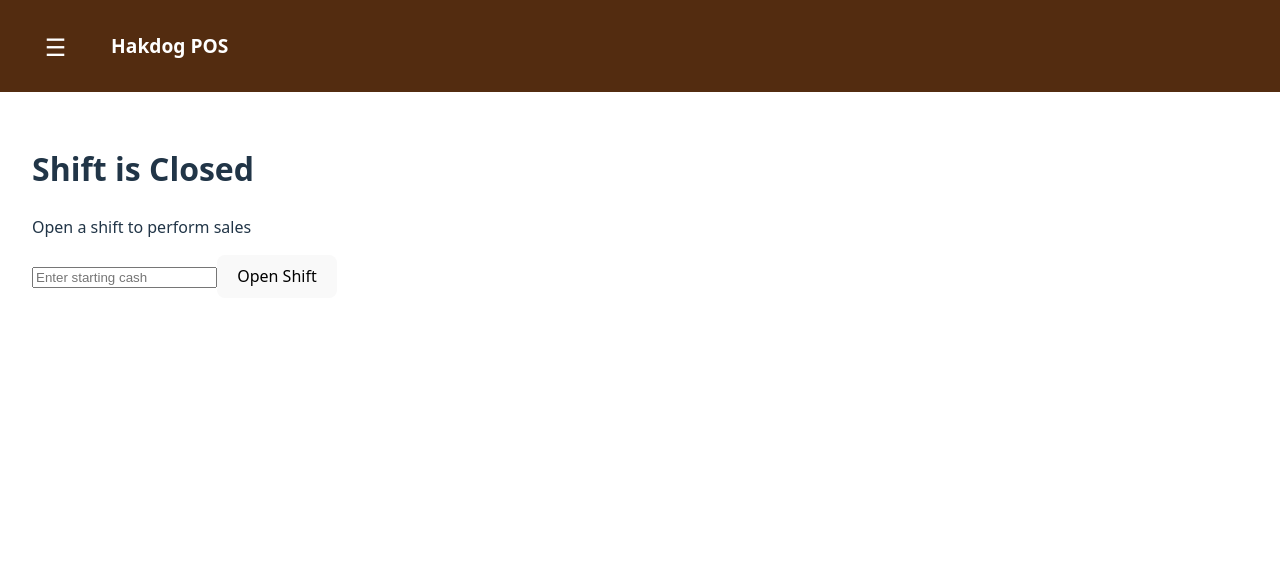
Repository: iEstebanx/quscina
Page: /
These files come from the project's save history. The page is drawn as it stood at one moment and after the next save; the edit follows.
The browser window is 1280 px wide. The pictures show the whole page.
The project was rebuilt for these pictures with package versions that can differ from the ones it lists, and the page was loaded fresh each time. Also part of the build but not shown: vite.config.js, src/layouts/EmptyLayout.module.css, src/pages/Login/Login.module.css, src/pages/Menu/Menu.module.css, src/pages/Menu/MenuPage.jsx, src/pages/Receipts/Receipts.module.css, src/pages/Receipts/ReceiptsPage.jsx, src/pages/Shift/ShiftHistoryPage.jsx and 5 more.

Above is the page before, as saved 2025-07-19 22:59:09.

### src/index.css
:root {
  font-family: system-ui, Avenir, Helvetica, Arial, sans-serif;
  line-height: 1.5;
  font-weight: 400;

  color-scheme: light dark;
  color: rgba(255, 255, 255, 0.87);
  background-color: #242424;

  font-synthesis: none;
  text-rendering: optimizeLegibility;
  -webkit-font-smoothing: antialiased;
  -moz-osx-font-smoothing: grayscale;
}

a {
  color: inherit;
  text-decoration: none;
}
a:hover {
  color: #535bf2;
}

body {
  margin: 0;
  padding: 0;
  box-sizing: border-box;
  min-width: 320px;
  min-height: 100vh;
}

ul {
  list-style: none;
  margin: 0;
  padding: 0;
}

/* Button styling override */
button {
  border-radius: 8px;
  border: 1px solid transparent;
  padding: 0.6em 1.2em;
  font-size: 1em;
  font-weight: 500;
  font-family: inherit;
  background-color: #1a1a1a;
  cursor: pointer;
  transition: border-color 0.25s;
}
button:hover {
  border-color: #646cff;
}
button:focus,
button:focus-visible {
  outline: 4px auto -webkit-focus-ring-color;
}

/* .menu-layout {
  display: flex;
  height: 100vh;
  overflow: hidden;
}

.menu-layout > * {
  height: 100%;
}

.sidebar-categories {
  width: 180px;
  background-color: #4b2a1a;
  color: white;
  flex-shrink: 0;
}

.cart {
  width: 280px;
  background-color: #6b3b1f;
  color: white;
  flex-shrink: 0;
}

.food-grid {
  flex-grow: 1;
  background: white;
  padding: 1rem;
  display: grid;
  grid-template-columns: repeat(auto-fill, minmax(150px, 1fr));
  gap: 1rem;
  overflow-y: auto;
} */


@media (prefers-color-scheme: light) {
  :root {
    color: #213547;
    background-color: #ffffff;
  }

  a:hover {
    color: #747bff;
  }

  button {
    background-color: #f9f9f9;
  }
}

### src/App.jsx
import { BrowserRouter } from 'react-router-dom';
import AppRoutes from './routes/AppRoutes';
import { AuthProvider } from './context/AuthContext';
import { ShiftProvider } from './context/ShiftContext';
import { CartProvider } from './context/CartContext';

function App() {
  return (
    <BrowserRouter>
      <AuthProvider>
        <ShiftProvider>
          <CartProvider>
            <AppRoutes />
          </CartProvider>
        </ShiftProvider>
      </AuthProvider>
    </BrowserRouter>
  );
}

export default App;

### src/routes/AppRoutes.jsx
import { Routes, Route } from 'react-router-dom';
import MainLayout from '../layouts/MainLayout';
import EmptyLayout from '../layouts/EmptyLayout';

import LoginPage from '../pages/Login/LoginPage';
import RequireShift from '../components/guards/RequireShift';
import MenuPage from '../pages/Menu/MenuPage';
import ReceiptsPage from '../pages/Receipts/ReceiptsPage';
import ShiftPage from '../pages/Shift/ShiftPage';
import ShiftHistoryPage from '../pages/Shift/ShiftHistoryPage'; // ✅ Add this line
import RefundPage from '../pages/Refund/RefundPage';
import NotFound from '../pages/NotFound';

const AppRoutes = () => {
  return (
    <Routes>
      {/* Public */}
      <Route element={<EmptyLayout />}>
        <Route path="/" element={<LoginPage />} />
      </Route>

      <Route element={<MainLayout />}>
        <Route path="/shift" element={<ShiftPage />} />
        <Route path="/shift/history" element={<ShiftHistoryPage />} />

        {/* Only allow access to MenuPage if shift is open */}
        <Route
          path="/menu"
          element={
            <RequireShift>
              <MenuPage />
            </RequireShift>
          }
        />

        <Route path="/receipts" element={<ReceiptsPage />} />
        <Route path="/refund" element={<RefundPage />} />
      </Route>

      {/* Fallback */}
      <Route path="*" element={<NotFound />} />
    </Routes>
  );
};

export default AppRoutes;

### src/context/AuthContext.jsx
import { createContext, useContext, useState } from 'react';

const AuthContext = createContext();

export function AuthProvider({ children }) {
  const [user, setUser] = useState(null);

  const login = (userData) => setUser(userData);
  const logout = () => setUser(null);

  return (
    <AuthContext.Provider value={{ user, login, logout, isLoggedIn: !!user }}>
      {children}
    </AuthContext.Provider>
  );
}

export function useAuth() {
  return useContext(AuthContext);
}

### src/context/ShiftContext.jsx
import { createContext, useContext, useState } from 'react';

export const ShiftContext = createContext();

export function ShiftProvider({ children }) {
  const [shift, setShift] = useState({
    isOpen: false,
    startAmount: 0,
  });

  const openShift = (amount) => setShift({ isOpen: true, startAmount: amount });
  const closeShift = () => setShift({ isOpen: false, startAmount: 0 });

  return (
    <ShiftContext.Provider value={{ shift, openShift, closeShift }}>
      {children}
    </ShiftContext.Provider>
  );
}

export function useShift() {
  return useContext(ShiftContext);
}

### src/context/CartContext.jsx
import { createContext, useContext, useState } from 'react';

const CartContext = createContext();

export function CartProvider({ children }) {
  const [items, setItems] = useState([]);

  const addItem = (item) => {
    setItems((prev) => {
      const exists = prev.find((i) => i.id === item.id);
      if (exists) {
        return prev.map((i) =>
          i.id === item.id ? { ...i, quantity: i.quantity + 1 } : i
        );
      }
      return [...prev, { ...item, quantity: 1 }];
    });
  };

  const removeItem = (id) => {
    setItems((prev) => prev.filter((i) => i.id !== id));
  };

  const clearCart = () => setItems([]);

  const total = items.reduce((acc, item) => acc + item.price * item.quantity, 0);

  return (
    <CartContext.Provider value={{ items, addItem, removeItem, clearCart, total }}>
      {children}
    </CartContext.Provider>
  );
}

export function useCart() {
  return useContext(CartContext);
}

### src/layouts/MainLayout.jsx
// src/layouts/MainLayout.jsx
import { Outlet } from 'react-router-dom';
import Header from '../components/Header/Header';

const MainLayout = () => {
  return (
    <>
      <Header />
      <main>
        <Outlet /> {/* This renders MenuPage, ReceiptsPage, etc. */}
      </main>
    </>
  );
};

export default MainLayout;

### src/layouts/EmptyLayout.jsx
import { Outlet } from 'react-router-dom';
import styles from './EmptyLayout.module.css';

const EmptyLayout = () => {
  return (
    <div className={styles.emptyLayout}>
      <Outlet />
    </div>
  );
};

export default EmptyLayout;

### src/pages/Login/LoginPage.jsx
import { useEffect, useState } from 'react';
import { useNavigate } from 'react-router-dom'; // keep this
import styles from './Login.module.css';

const LoginPage = () => {
  const [employeeID, setEmployeeID] = useState('');
  const [password, setPassword] = useState('');
  const navigate = useNavigate();

  // 🔧 Bypass login automatically
  useEffect(() => {
    navigate('/menu');
  }, [navigate]);

  const handleLogin = (e) => {
    e.preventDefault();
    console.log('Logging in with:', { employeeID, password });
    navigate('/menu');
  };

  return (
    <div className={styles.loginWrapper}>
      <form className={styles.loginForm} onSubmit={handleLogin}>
        <h2 className={styles.title}>Login</h2>

        <label className={styles.label}>Employee ID</label>
        <input
          type="text"
          className={styles.input}
          value={employeeID}
          onChange={(e) => setEmployeeID(e.target.value)}
          required
        />

        <label className={styles.label}>Password</label>
        <input
          type="password"
          className={styles.input}
          value={password}
          onChange={(e) => setPassword(e.target.value)}
          required
        />

        <button type="submit" className={styles.button}>
          Log In
        </button>
      </form>
    </div>
  );
};

export default LoginPage;

### src/components/Guards/RequireShift.jsx
import { useContext } from 'react';
import { Navigate } from 'react-router-dom';
import { ShiftContext } from '../../context/ShiftContext';

const RequireShift = ({ children }) => {
  const { shift } = useContext(ShiftContext); // ✅ shift, not shiftOpen

  if (!shift.isOpen) {
    return <Navigate to="/shift" replace />;
  }

  return children;
};

export default RequireShift;

### src/pages/Shift/ShiftPage.jsx
import { useShift } from '../../context/ShiftContext';
import { useState } from 'react';
import { useNavigate } from 'react-router-dom'; // ✅ ADD THIS
import styles from './Shift.module.css';

const ShiftPage = () => {
  const { shift, openShift } = useShift();
  const [amount, setAmount] = useState('');
  const navigate = useNavigate(); // ✅ INIT

  const handleOpenShift = () => {
    const numeric = parseFloat(amount);
    if (!isNaN(numeric) && numeric >= 0) {
      openShift(numeric);
      navigate('/menu'); // ✅ REDIRECT AFTER SHIFT IS OPEN
    }
  };

  return (
    <div className={styles.container}>
      {shift.isOpen ? (
        <h2>Shift is already open!</h2>
      ) : (
        <div className={styles.shiftBox}>
          <h1>Shift is Closed</h1>
          <p>Open a shift to perform sales</p>
          <input
            type="number"
            placeholder="Enter starting cash"
            value={amount}
            onChange={(e) => setAmount(e.target.value)}
          />
          <button onClick={handleOpenShift}>Open Shift</button>
        </div>
      )}
    </div>
  );
};

export default ShiftPage;

### src/components/Header/Header.jsx
import styles from '../Header/Header.module.css';
import { useState } from 'react';
import { Link, useNavigate } from 'react-router-dom';

function Header() {
  const [isOpen, setIsOpen] = useState(false);
  const navigate = useNavigate();

  const handleNav = (path) => {
    navigate(path);
    setIsOpen(false); // Close sidebar after navigating
  };

  return (
    <>
      <header className={styles.topHeader}>
        <button className={styles.hamburger} onClick={() => setIsOpen(true)}>
          ☰
        </button>
        <h1 className={styles.brand}>Hakdog POS</h1>
      </header>

      {isOpen && (
        <div className={styles.overlay} onClick={() => setIsOpen(false)}></div>
      )}

      <aside className={`${styles.sidebar} ${isOpen ? styles.sidebarOpen : ''}`}>
        <nav className={styles.menu}>
          <div className={styles.profile}>
            <div className={styles.name}>Harley Reginald</div>
            <div className={styles.id}>20250005</div>
            <div className={styles.role}>Cashier</div>
          </div>

          <ul className={styles.navLinks}>
            <li><button onClick={() => handleNav('/menu')}>🛒 Sales</button></li>
            <li><button onClick={() => handleNav('/receipts')}>📄 Receipt</button></li>
            <li><button onClick={() => handleNav('/shift/history')}>⏱️ Shift History</button></li>
          </ul>

          <div className={styles.logout}>
            <button onClick={() => handleNav('/logout')}>🔓 Logout</button>
          </div>
        </nav>
      </aside>
    </>
  );
}

export default Header;

### src/pages/Shift/Shift.module.css
/* src/pages/Shift/Shift.module.css */
.container {
  padding: 2rem;
}

.title {
  font-size: 1.8rem;
  margin-bottom: 0.5rem;
}

.desc {
  font-size: 1rem;
  color: gray;
  margin-bottom: 1.5rem;
}

.openButton {
  padding: 0.75rem 1.25rem;
  background-color: #007aff;
  color: white;
  border: none;
  border-radius: 8px;
  cursor: pointer;
}

.table {
  width: 100%;
  border-collapse: collapse;
  margin-top: 2rem;
}

.table th, .table td {
  border: 1px solid #ccc;
  padding: 0.75rem;
  text-align: left;
}

### src/components/Header/Header.module.css
.topHeader {
  display: flex;
  align-items: center;
  background: #532c10;
  color: white;
  padding: 1rem;
  height: 60px;
}

.hamburger {
  background: none;
  color: white;
  font-size: 1.5rem;
  border: none;
  cursor: pointer;
  margin-right: 1rem;
}

.brand {
  font-size: 1.2rem;
}

.sidebar {
  position: fixed;
  top: 0;
  left: 0;
  transform: translateX(-100%);
  width: 250px;
  height: 100vh;
  background: #532c10;
  color: white;
  padding: 1rem;
  transition: transform 0.3s ease;
  z-index: 1000;
}

.sidebarOpen {
  transform: translateX(0);
}

.menu {
  display: flex;
  flex-direction: column;
  height: 100%;
}

.profile {
  margin-bottom: 2rem;
  border-bottom: 1px solid #744121;
  padding-bottom: 1rem;
}

.name {
  font-weight: bold;
  font-size: 1.1rem;
}

.id,
.role {
  font-size: 0.9rem;
  color: #ccc;
}

.navLinks {
  list-style: none;
  padding: 0;
  margin: 0;
  flex-grow: 1;
}

.navLinks li {
  margin: 1rem 0;
}

.navLinks a {
  color: white;
  text-decoration: none;
  font-size: 1rem;
  display: block;
  padding: 0.5rem 0;
}

.navLinks a:hover {
  background: #744121;
  padding-left: 10px;
  border-radius: 5px;
}

.logout {
  margin-top: auto;
  border-top: 1px solid #744121;
  padding-top: 1rem;
}

.logout a {
  color: white;
  text-decoration: none;
  font-weight: bold;
}

.logout a:hover {
  color: #ffb347;
}

.overlay {
  position: fixed;
  top: 0;
  left: 0;
  width: 100vw;
  height: 100vh;
  background: rgba(0, 0, 0, 0.4);
  z-index: 999;
}

### src/components/Cart/Cart.jsx
import styles from './Cart.module.css';

function Cart() {
  const items = [
    { name: 'Cheeseburger', qty: 2, price: 99 },
    { name: 'Pizza', qty: 1, price: 150 },
  ];

  const total = items.reduce((sum, item) => sum + item.qty * item.price, 0);

  return (
    <aside className={styles.cart}>
      <h2>Cart</h2>
      {items.map((item) => (
        <div key={item.name} className={styles.item}>
          <span>{item.qty}× {item.name}</span>
          <span>₱{item.qty * item.price}</span>
        </div>
      ))}
      <hr />
      <div className={styles.total}>
        <strong>Total:</strong> ₱{total}
      </div>
    </aside>
  );
}

export default Cart;

### src/components/Cart/Cart.module.css
.cart {
  padding: 1rem;
  background: black;
  width: 250px;
}
.item {
  display: flex;
  justify-content: space-between;
}
.total {
  margin-top: 1rem;
  font-size: 1.1rem;
}

Loaded but not shown: index.html (common file); src/main.jsx (common file)

After the next save:
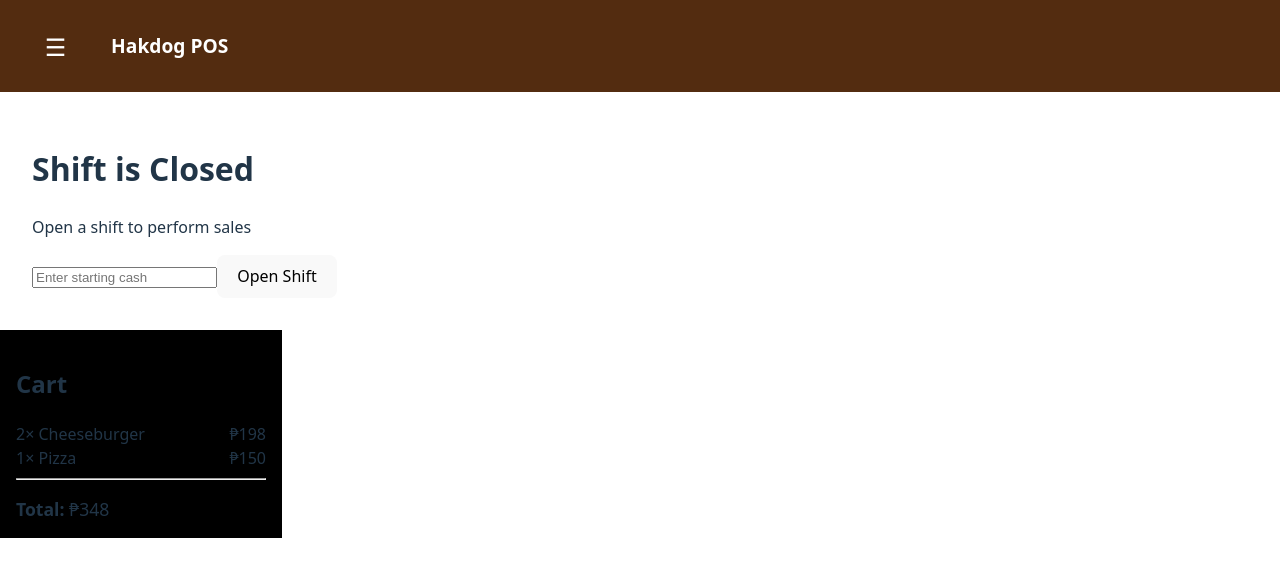
Saved 4 s later.
--- a/src/layouts/MainLayout.jsx
+++ b/src/layouts/MainLayout.jsx
@@ -1,14 +1,19 @@
 // src/layouts/MainLayout.jsx
 import { Outlet } from 'react-router-dom';
 import Header from '../components/Header/Header';
+import Cart from '../components/Cart/Cart'; // ✅ Add this
+import styles from './MainLayout.module.css'; // ✅ Create a CSS module to style layout
 
 const MainLayout = () => {
   return (
     <>
       <Header />
-      <main>
-        <Outlet /> {/* This renders MenuPage, ReceiptsPage, etc. */}
-      </main>
+      <div className={styles.layoutWrapper}>
+        <main className={styles.main}>
+          <Outlet /> {/* Renders ShiftPage, MenuPage, etc. */}
+        </main>
+        <Cart /> {/* ✅ Always shows Cart on the right */}
+      </div>
     </>
   );
 };
